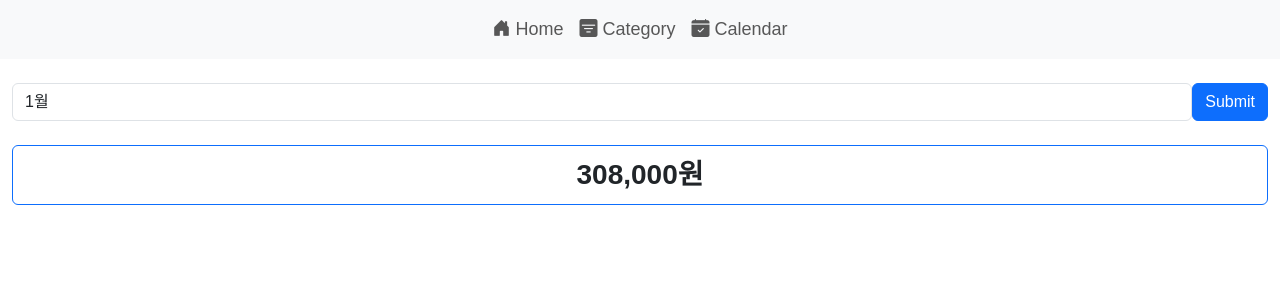
Repository: kimSummerrain/KairosHackathon
Page: venvs/karios/templates/detail.html
An editor plug-in stored every save of this project. The page is shown before and after the next save, followed by the edit.
The browser window is 1280 px wide. The pictures show the whole page.

Above is the page before, as saved 2024-02-26 18:07:09.
Console error: SyntaxError: Unexpected token '{'

After the next save:
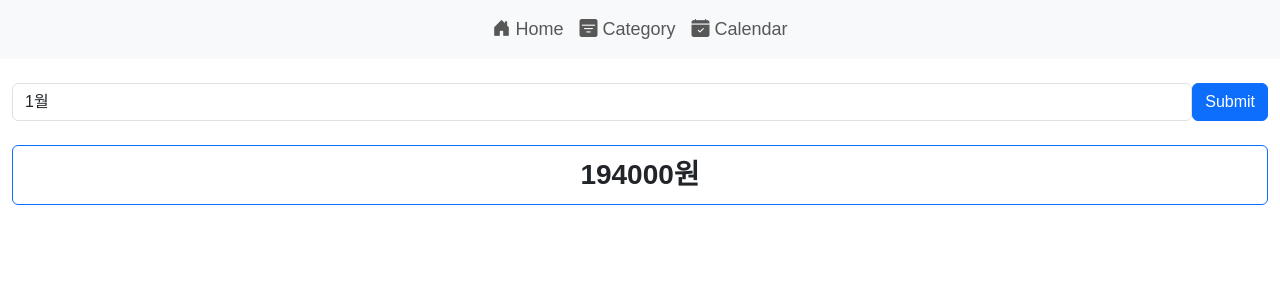
Saved 18 s later.
--- a/venvs/karios/templates/detail.html
+++ b/venvs/karios/templates/detail.html
@@ -58,7 +58,7 @@
                 </form>
                 <br>
                 <p id="expense-amount"
-                    class="text-second fs-3 fw-bold border border-primary p-2 mb-2 text-center rounded">308,000원</p>
+                    class="text-second fs-3 fw-bold border border-primary p-2 mb-2 text-center rounded">194000원</p>
             </div>
         </div>
     </div>
